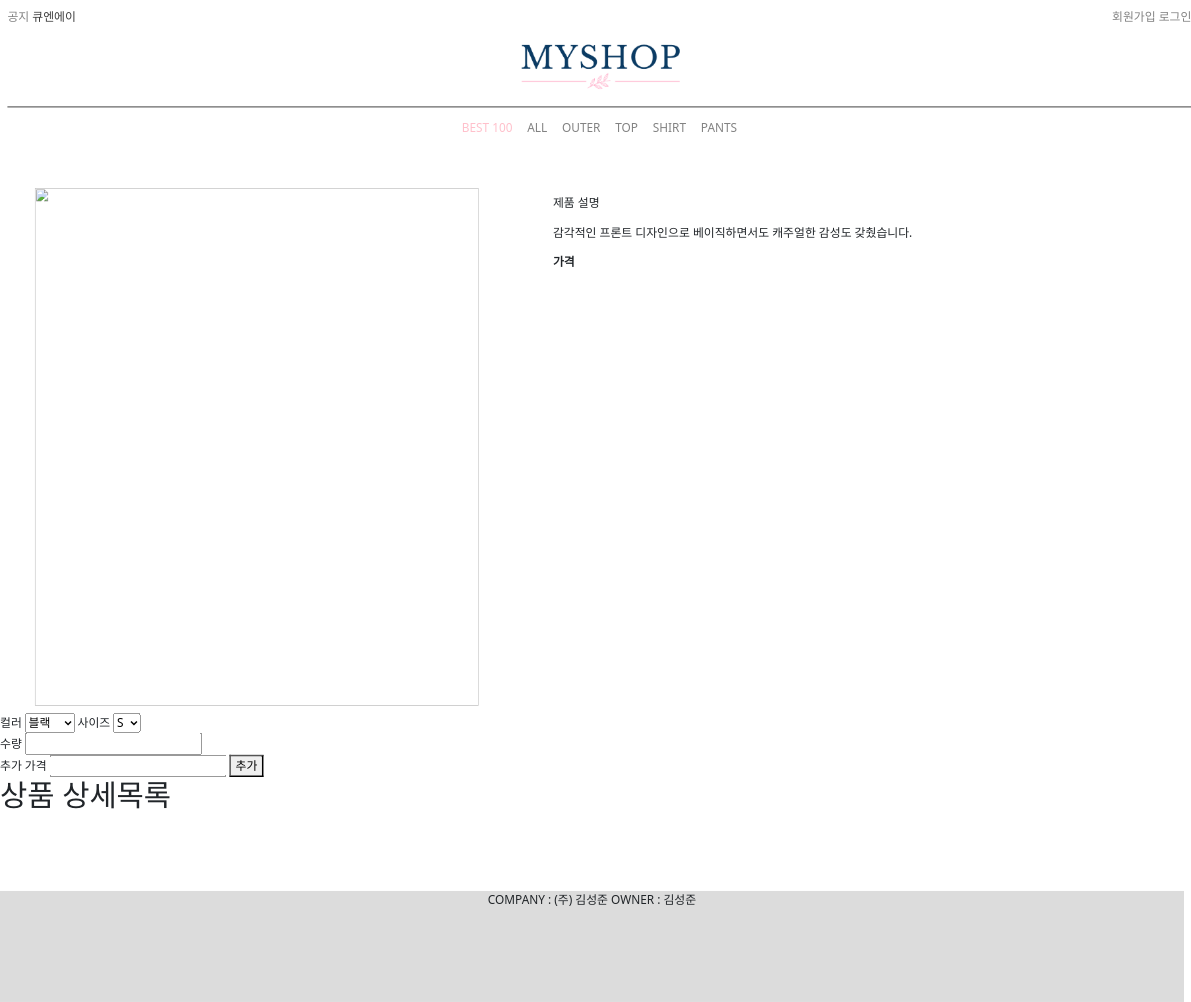
Repository: kkj53051000/MyShop
Page: http://localhost/myshop/WEB-INF/views/admin-product-modify.jsp
The author's editor kept a copy of each file at every save. The page is drawn from the files as they stood at one save, then again after the next save.
The browser window is 1280 px wide. The page is 1610 px wide, so the pictures cover 1610 px, including what lies to the right of the window. The pictures show the whole page, at 74% of full size.
The page is served by Tomcat 9. Nobody is signed in. Other server files are loaded and not shown. The template is opened directly, without the code that normally fills it, so the values that code supplies are empty.

Above is the page before, as saved 2021-02-27 05:14:02.

### myshop/src/main/webapp/WEB-INF/views/admin-product-modify.jsp
<%@ page language="java" contentType="text/html; charset=UTF-8"
    pageEncoding="UTF-8"%>
<!DOCTYPE html>
<html>
<head>
	<meta charset="UTF-8">
	<title>Insert title here</title>
	<style>
		.product_wrap{
			height: 1000px;
			width: 100%;

			display: flex;
			flex-direction: column;
		}
		.product_top{
			width: 100%;
			margin-top: 50px;

			display: flex;
			flex-direction: row;
			justify-content: center;
		}
		.prdout_img{
			height: 700px;
			width: 600px;
		}
		.product_data{
			margin-left: 100px;
		}
		.product_bottom{
			width: 100%;

			display: flex;
			flex-direction: column;
			justify-content: center;
		}
	</style>
</head>
<body>
<%@ include file="common/header.jsp" %>
<div class="product_wrap">
	<div class="product_top">
		<div>
			<img class="prdout_img" src="${product.img_src}"/>
		</div>
		<div class="product_data">
			<div class="product_name">
				<h1>${product.name}</h1>
			</div>
			<div class="product_info">
				<p>제품 설명</p>
				<p>감각적인 프론트 디자인으로 베이직하면서도 캐주얼한 감성도 갖췄습니다.</p>
				<b>가격</b> <p>${product.price}</p>
			</div>
		</div>
	</div>
	<div class="product_bottom">
		<form action="/productinfo" method="POST">
			<span>컬러</span>
		    <select name="color">
		        <option value="BLACK">블랙</option>
		        <option value="WHITE">화이트</option>
		        <option value="BLUE">블루</option>
		    </select>
		    <span>사이즈</span>
		    <select name="size">
		        <option value="S">S</option>
		        <option value="M">M</option>
		        <option value="L">L</option>
		    </select>
		    <br/>
		    <span>수량</span> <input name="amount"/><br>
		    <span>추가 가격</span> <input name="add_price">
		    <input type="hidden" name="id" value="${product.id}">
		    <button class="add_btn">추가</button>
		</form>
		<h1>상품 상세목록</h1>
		<c:forEach var="info" items="${productinfos}">
			색상 : ${info.color} 사이즈 : ${info.size} 수량 : ${info.amount}<br/>
		</c:forEach>
	</div>
</div>


	<%@ include file="common/footer.jsp" %>

	<!--
	<script
  src="https://code.jquery.com/jquery-3.5.1.js"
  integrity="sha256-QWo7LDvxbWT2tbbQ97B53yJnYU3WhH/C8ycbRAkjPDc="
  crossorigin="anonymous"></script>

	<script type="text/javascript">



    document.querySelector('.add_btn').addEventListener('click', function() {
        const color_target = document.getElementById("color");
        const color_targetValue = document.getElementById("color").options.selectedIndex;

        const size_target = document.getElementById("size");
        const size_targetValue = document.getElementById("size").options.selectedIndex;

        const color_value = color_target.options[color_targetValue].value;
        const size_value = size_target.options[size_targetValue].value;

        const amount_value = document.getElementById("amount").value;

        console.log(color_value)
        console.log(size_value)
        console.log(amount_value)

        $.ajax({
				type : 'GET',
				data : {color : color_value, size : size_value, amount : amount_value },
				url : 'http://localhost:8080/colorsize',
				error : function(error){
				},
				success : function(data){

				},

			});

        })
    </script>

     -->
</body>
</html>

### myshop/src/main/webapp/WEB-INF/views/common/header.jsp
<%@ page language="java" contentType="text/html; charset=UTF-8" pageEncoding="UTF-8"%>
<%@ taglib prefix="c" uri="http://java.sun.com/jsp/jstl/core" %>
<!DOCTYPE html>
<html>
<head>
	<meta charset="UTF-8">
	<title>Header</title>
	<style>
		.header{
			margin: 10px;

			min-width: 1600px;
		}
		.header_top{
			display: flex;
			flex-direction: row;
			justify-content: space-between;

			color: #3c3c3c;
		}
		.header_center{
			display: flex;
			justify-content: center;
			margin-bottom: 5px;
			border-bottom: 1px solid black;
		}
		.header_center_img{
			height: 100px;
		}
		.header_left{

		}
		.header_right{

		}
		.header_footer{

			width: 100%;
			display: flex;
			justify-content: center;

			<!-- position: fixed; -->


			color: #828282;
		}
		.header_footer > span{
			margin: 10px;
		}
		img{
			margin-bottom: 10px;
		}

		a:link {text-decoration:none; color: #828282;}
		a:visited {text-decoration:none; color: #828282;}
		a:hover {text-decoration:none; color: #828282;}
	</style>
	<link href="https://cdn.jsdelivr.net/npm/bootstrap@5.0.0-beta2/dist/css/bootstrap.min.css" rel="stylesheet" integrity="sha384-BmbxuPwQa2lc/FVzBcNJ7UAyJxM6wuqIj61tLrc4wSX0szH/Ev+nYRRuWlolflfl" crossorigin="anonymous">
</head>
<body>
	<div class="header">
		<div class="header_top">
			<div class="header_left">
				<span><a href="/notice/list">공지</a></span>
				<span>큐엔에이</span>
			</div>
			<div class="header_right">
				<c:if test="${user.role == 'USER'}">
					<!-- user, admin Check -->
				</c:if>

				<c:if test="${user == null}">
					<span><a href="/join">회원가입</a></span>
					<span><a href="/login">로그인</a></span>
				</c:if>
				<c:if test="${user != null}">
					<strong>관리자</strong>
					<span><a href="/admin/product-list">제품상세등록</a></span>
					<span><a href="/product-upload">제품등록</a></span>
					<span><a href="/order/list">주문내역</a></span>
					<span><a href="##">카트</a></span>
					<span><a href="##">마이페이지</a></span>
					<span><a href="/user/logout">로그아웃</a></span>
				</c:if>
			</div>
		</div>
		<div class="header_center">
			<a href="/"><img class="header_center_img" src="/public/upload/logo.jpg"/></a>
		</div>
		<div class="header_footer">
			<span><a href="####" style="color: #ffc0cb;">BEST 100</a></span>
			<span><a href="/product/list?category=ALL">ALL</a></span>
			<span><a href="/product/list?category=OUTER">OUTER</a></span>
			<span><a href="/product/list?category=TOP">TOP</a></span>
			<span><a href="/product/list?category=SHIRT">SHIRT</a></span>
			<span><a href="/product/list?category=PANTS">PANTS</a></span>
		</div>
	</div>
</body>
</html>

### myshop/src/main/webapp/WEB-INF/views/common/footer.jsp
<%@ page language="java" contentType="text/html; charset=UTF-8"
    pageEncoding="UTF-8"%>
<!DOCTYPE html>
<html>
<head>
	<meta charset="UTF-8">
	<title>Insert title here</title>
	<style>
		.footer{
			display: flex;
			justify-content: center;
			background-color: #dcdcdc;
			height: 150px;

			min-width: 1600px;
		}
	</style>
</head>
<body>
	<div class="footer">
		<span>COMPANY : (주) 김성준 OWNER : 김성준</span>
	</div>
</body>
</html>

After the next save:
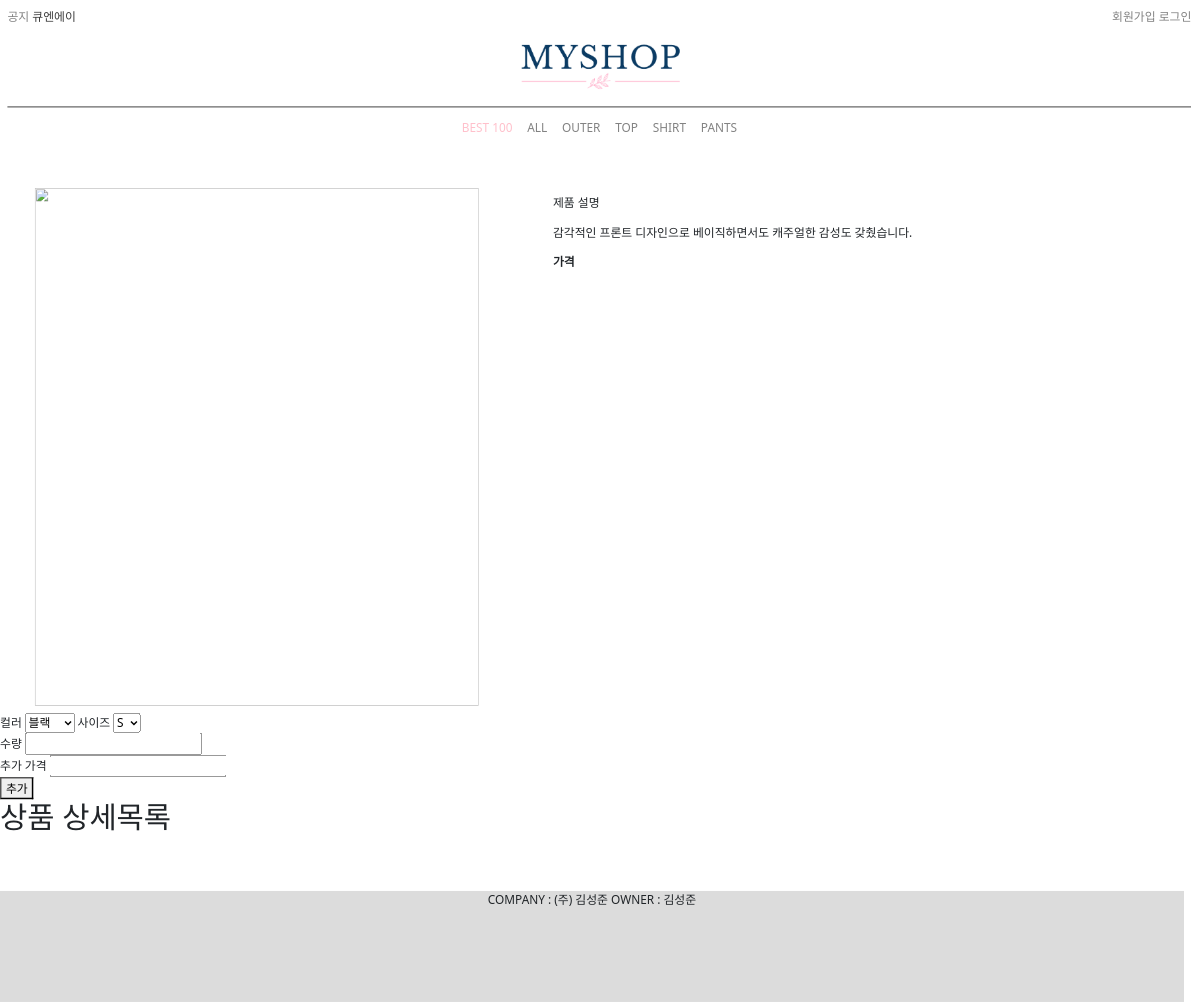
Saved 8 s later.
--- a/myshop/src/main/webapp/WEB-INF/views/admin-product-modify.jsp
+++ b/myshop/src/main/webapp/WEB-INF/views/admin-product-modify.jsp
@@ -71,7 +71,7 @@
 		    </select>
 		    <br/>
 		    <span>수량</span> <input name="amount"/><br>
-		    <span>추가 가격</span> <input name="add_price">
+		    <span>추가 가격</span> <input name="add_price"><br>
 		    <input type="hidden" name="id" value="${product.id}">
 		    <button class="add_btn">추가</button>
 		</form>

After the save that followed:
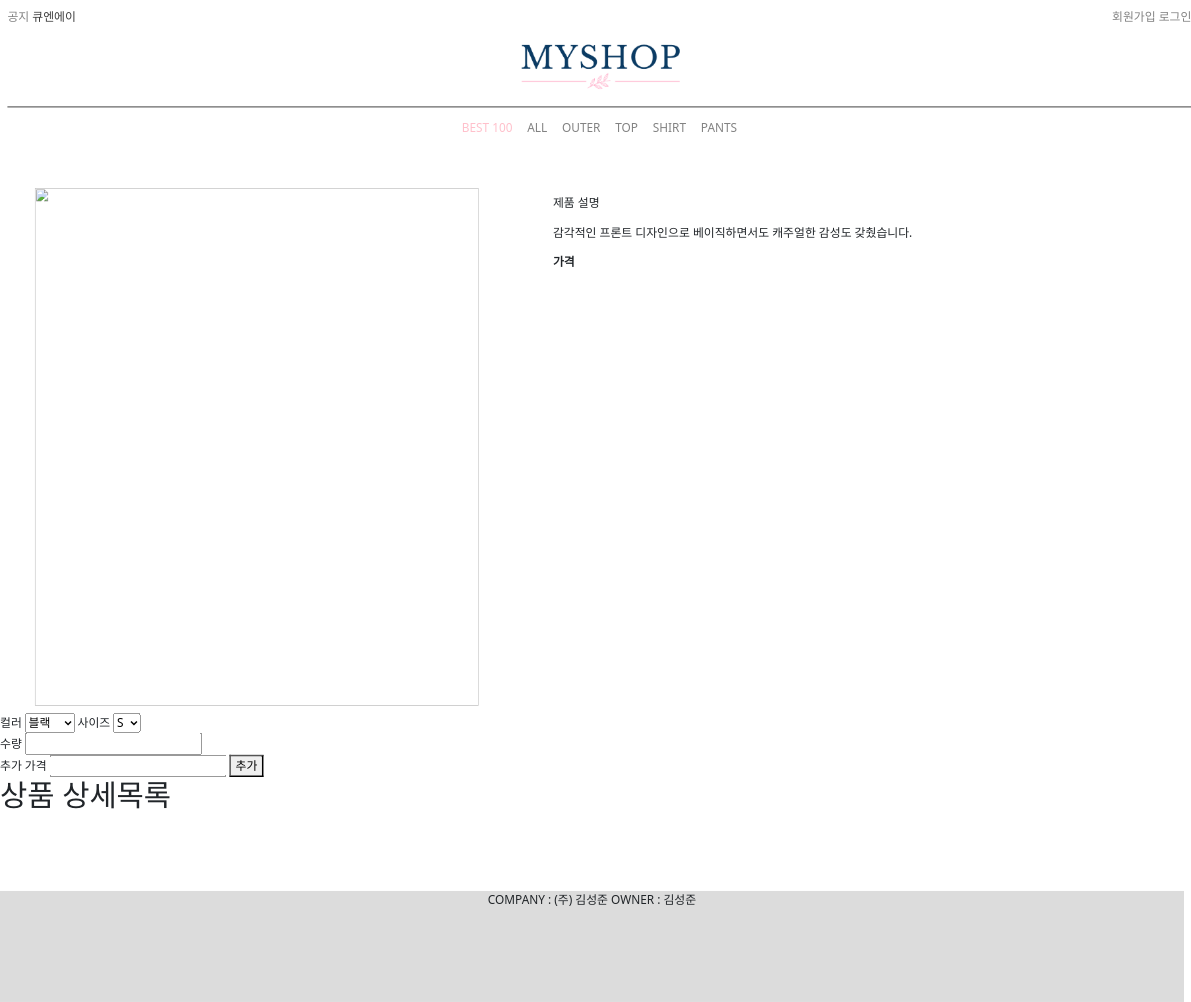
Saved 5 s later.
--- a/myshop/src/main/webapp/WEB-INF/views/admin-product-modify.jsp
+++ b/myshop/src/main/webapp/WEB-INF/views/admin-product-modify.jsp
@@ -71,7 +71,7 @@
 		    </select>
 		    <br/>
 		    <span>수량</span> <input name="amount"/><br>
-		    <span>추가 가격</span> <input name="add_price"><br>
+		    <span>추가 가격</span> <input name="add_price">
 		    <input type="hidden" name="id" value="${product.id}">
 		    <button class="add_btn">추가</button>
 		</form>
